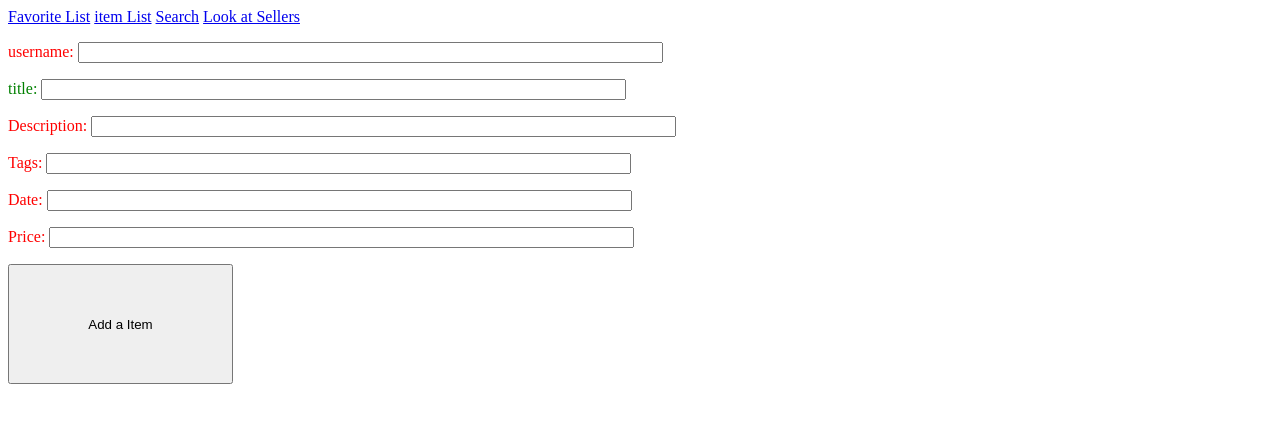
Repository: HamdanM/DatabaseProject
Page: http://localhost/DB3/addItem.jsp
An editor plug-in stored every save of this project. The page is shown before and after the next save, followed by the edit.
The browser window is 1280 px wide. The pictures show the whole page.
The page is served by Tomcat 9. Other server files are loaded and not shown.

Above is the page before, as saved 2019-07-25 14:11:45.

### DB3/WebContent/addItem.jsp
<%@ page language="java" contentType="text/html; charset=ISO-8859-1"
    pageEncoding="ISO-8859-1"%>
  <%@ taglib prefix="c" uri="http://java.sun.com/jsp/jstl/core" %>
<!DOCTYPE html PUBLIC "-//W3C//DTD HTML 4.01 Transitional//EN" "http://www.w3.org/TR/html4/loose.dtd">
<html>
<head>
<meta charset="UTF-8">
<title>Insert title here</title>
</head>
<body>

<a href="favlist">Favorite List</a>
<a href="list">item List</a>
<a href="search.jsp">Search</a>
<a href="sellers">Look at Sellers</a>

<form action="insertItem"
          method="post">

            <p style="color:red"><label>username: <input
                    type="text" name="username"
                    size="70" readonly maxlength="70" />
            </label></p>
        <p style="color:green"><label>title: <input
                    type="text" name="Title"
                    size="70" maxlength="70" />
            </label></p>
        <p style="color:red"><label>Description: <input
                    type="text" name="Description"
                    size="70" maxlength="250" />
            </label></p>

        <p style="color:red"><label>Tags: <input
                    type="text" name="posterid"
                    size="70" maxlength="70" />
            </label></p>
            <p style="color:red"><label>Date: <input
                    type="text" name="posttime"
                    size="70" maxlength="70" />
            </label></p>
            <p style="color:red"><label>Price: <input
                    type="text" name="price"
                    size="70" maxlength="70" />
            </label></p>
        <p style="color:orange"><input style="height:120px;width:225px" type=
        "submit" name="submit" value=
        "Add a Item" /></p>
</form>

</body>
</html>

After the next save:
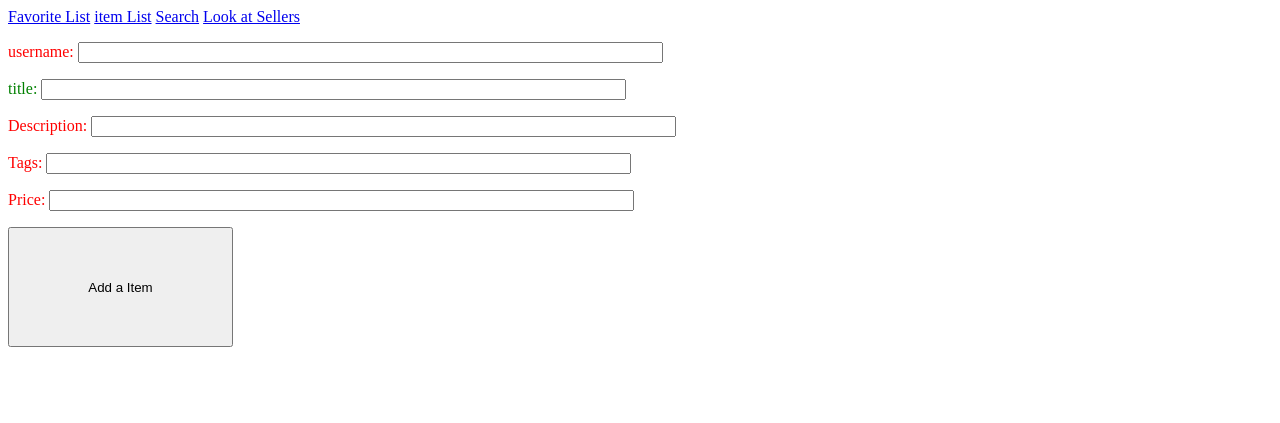
Saved 3 min 12 s later.
--- a/DB3/WebContent/addItem.jsp
+++ b/DB3/WebContent/addItem.jsp
@@ -34,10 +34,7 @@
                     type="text" name="posterid"
                     size="70" maxlength="70" />
             </label></p>
-            <p style="color:red"><label>Date: <input
-                    type="text" name="posttime"
-                    size="70" maxlength="70" />
-            </label></p>
+
             <p style="color:red"><label>Price: <input
                     type="text" name="price"
                     size="70" maxlength="70" />
